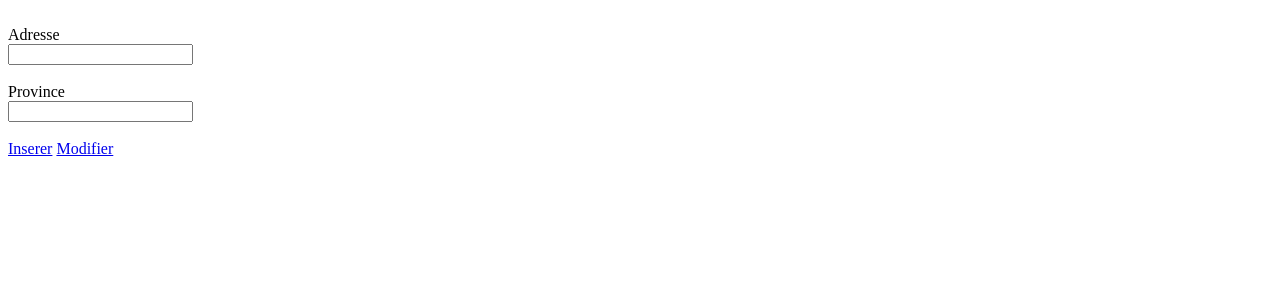
Repository: mitantsoa1/cash
Page: http://localhost/Views/Back/adresse.php
These files come from the project's save history. The page is drawn as it stood at one moment and after the next save; the edit follows.
The browser window is 1280 px wide. The pictures show the whole page.
The page is run by PHP 8.4 with error messages shown; the project is at /var/www/html/.

Above is the page before, as saved 2021-01-18 11:02:58.
Console error: SyntaxError: Unexpected token '<'

### Views/Back/adresse.php
<!DOCTYPE html>
<html lang="en">
    <head>
        <meta charset="UTF-8">
        <meta name="viewport" content="width=device-width, initial-scale=1.0">
        <title>Document</title>
        <link rel="stylesheet" href="Publics/css/adresse.css">
        <style>


	</style>
    </head>
    <body>
        <div class="container">
            <!-- <div class="login_box">

                <form id="form_adresse">

                    <input type="hidden" id="id_adresse" name="id_adresse">

                    <div class="user_box">
                        <input type="text" class="adresse" name="adresse"  required="">
                        <label>Adresse</label>
                    </div>

                    <div class="user_box">
                        <input type="text" name="emplacement" id="emplacement" required="">
                        <label>Emplacement</label>
                    </div>

                    <div class="user_box">
                        <input type="text" name="province" id="province" required="">
                        <label>Province</label>
                    </div>

                    <a href="#" id="btn_adresse"><span></span><span></span><span></span><span></span> Inserer </a>
                    <a href="#" class="hide" id="btn_modif_adresse"><span></span><span></span><span></span><span></span> Modifier </a>
                    <a href="#" class="hide" id="btn_annuler_adresse"><span></span><span></span><span></span><span></span> Annuler </a>

                </form>
            </div>
        </div> -->

        <form class="form-group" id="form_compte">
            <input type="hidden" id="id_adresse" name="id_adresse">
            <br><label>Adresse</label><br>
            <input type="text" class="form-control adresse"  name="adresse" required><br><br>

            <label>Province</label><br>
            <input type="text" class="form-control" id="province" name="province" required><br><br>

            <a href="#" class="btn btn-primary btn-block" id="btn_adresse">Inserer</a>
            <a href="#" class="btn btn-primary btn-block hide" id="btn_modif_adresse">Modifier</a>
        </form>
        </div>

        <script src="Publics/js/select.js"></script>
        <script src="Publics/js/accueil.js"></script>
    </body>
</html>

### index.php
<?php

require_once ("Controls/Controllers.class.php");
// require_once ("Models/Database.class.php");
// Database::init("localhost","stage","root","");

if(isset($_GET['action'])){
    if(method_exists("Controllers",$_GET['action'])){
        $reflect = new ReflectionMethod("Controllers",$_GET['action']);
        $class = "Controllers";
        $reflect -> invoke(new $class);
    }else{
        Controllers::frontLoadView("erreur.php");
    }
}else{
    Controllers::FrontLoadView("asc.php");
}

?>

### Controls/Controllers.class.php
<?php

    class Controllers{

        public static function BackLoadView($page){
            include("Views/Back/".$page);
        }
        public static function FrontLoadView($page){
            include("Views/Front/".$page);
        }
        public function logout(){
            self::BackLoadView("logOut.php");
        }
        // public function monCompte(){

        // }
        // public function inscrire(){
        //     if (isset($_POST['btnIndex'])){
        //         require_once('Models/Database.class.php');
        //         Database::init("localhost","cash","root","");
        //         $db = new Database();

        //         $username = htmlspecialchars(trim($_POST['username']));
        //         $password = htmlspecialchars(trim($_POST['password']));
        //         $operator = $_POST['selectOperator'];

        //         $tab = $db  ->selectSP()
        //                         ->from("solde")
        //                         ->where("username","=")
        //                         ->execute([$username]);
        //             if(count($tab)>0){
        //                 echo "Erreur ! le nom est déjà pris. Veillez choisir un autre.";
        //             }else{
        //                 $db->insert("solde")
        //                     ->parametters(["username","password","operator"])
        //                     ->execute([$username,$password,$operator]);
        //             }

        //     }
        // }
        // public function connecter(){
        //     require_once('Models/Database.class.php');
        //     Database::init("localhost","cash","root","");
        //         $db = new Database();
        //         self::loadView("indexViews.php");
        //     if (isset($_POST['btnIndex'])) {
        //         $username = htmlspecialchars(trim($_POST['username']));
        //         $password = htmlspecialchars(trim($_POST['password']));
        //         $operator = $_POST['selectOperateur'];
        //         $tab = $db  ->selectSP()
        //                     ->from("solde")
        //                     ->where("username","=")
        //                     ->et(["userpass","id_operator"], ["=","="])
        //                     ->execute([$username,$password,$operator]);

        //                     var_dump($tab);
        //         if(count($tab)>0){
        //             self::loadView("accueil.php");
        //         }else{
        //             self::loadView("erreur.php");
        //         }
        //     }

        // }

    }


?>

### Views/Front/erreur.php
<!DOCTYPE html>
<html lang="fr">
<head>
    <meta charset="UTF-8">
    <meta name="viewport" content="width=device-width, initial-scale=1.0">
    <title>Page invalide</title>
</head>
<body>
    <h1>ERROR 404</h1>

        <p>Cette page n'est pas disponible</p>
</body>
</html>

After the next save:
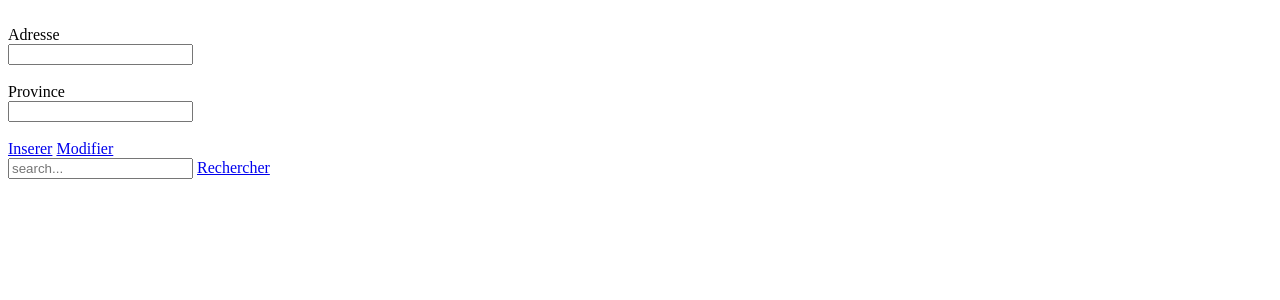
Saved 3 min 57 s later.
--- a/Views/Back/adresse.php
+++ b/Views/Back/adresse.php
@@ -52,6 +52,8 @@
             <a href="#" class="btn btn-primary btn-block" id="btn_adresse">Inserer</a>
             <a href="#" class="btn btn-primary btn-block hide" id="btn_modif_adresse">Modifier</a>
         </form>
+        <input type="text" class="form-control search"  placeholder="search...">
+        <a href="#" class="btn btn-primary search"> Rechercher</a>
         </div>
 
         <script src="Publics/js/select.js"></script>
